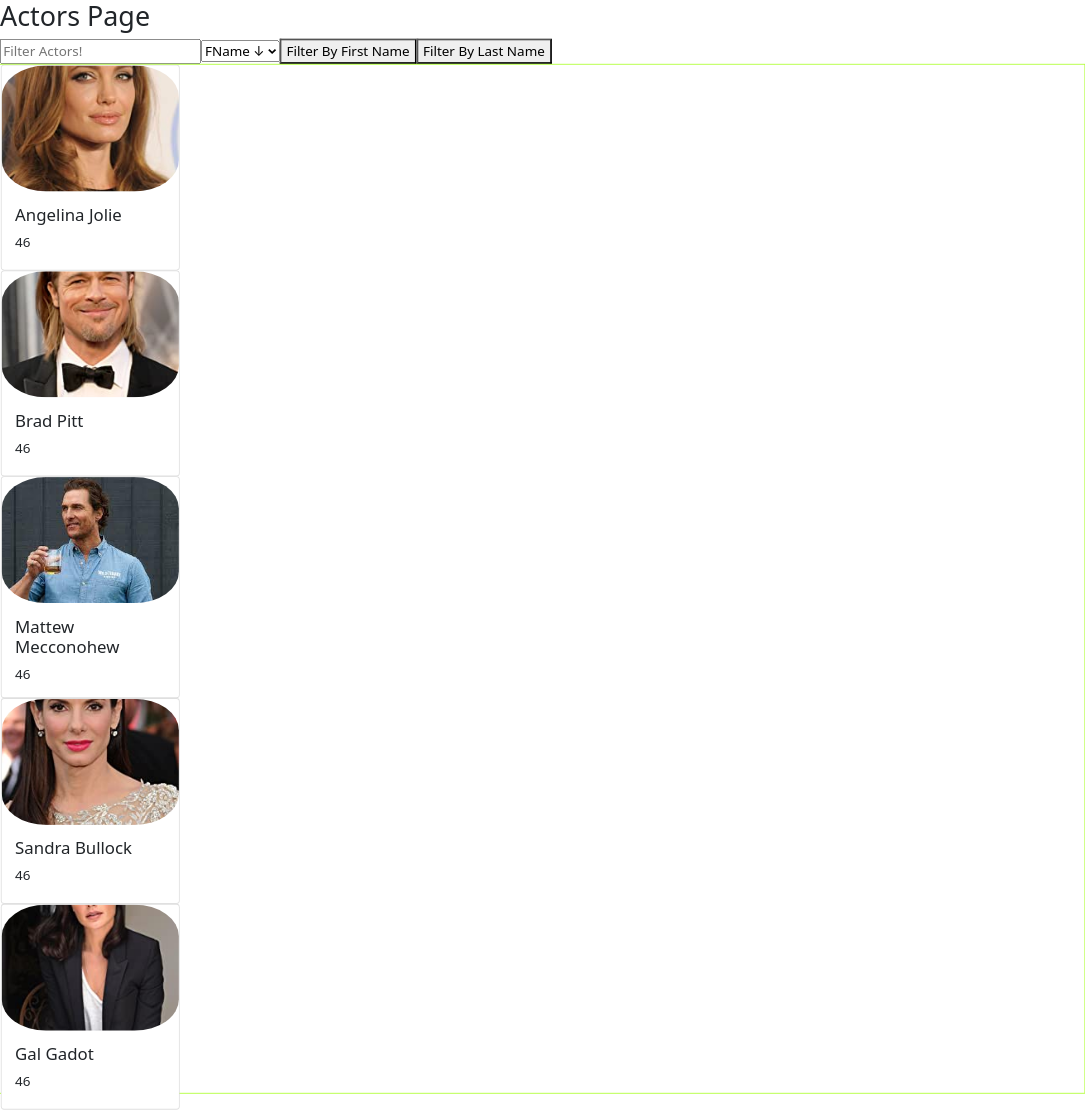
Repository: shuroo/FECourse-react-movieapp
Page: /
The author's editor kept a copy of each file at every save. The page is drawn from the files as they stood at one save, then again after the next save.
The browser window is 1280 px wide. The page is 1292 px wide, so the pictures cover 1292 px, including what lies to the right of the window. The pictures show the whole page, at 84% of full size.
The project was rebuilt for these pictures with package versions that can differ from the ones it lists, and the page was loaded fresh each time. Also part of the build but not shown: src/App.css.

Above is the page before, as saved 2021-07-25 11:15:27.

### src/App.js
import logo from './logo.svg';
import './App.css';
import React, { useState } from 'react';
import 'bootstrap/dist/css/bootstrap.min.css';
import ActorsPage from './pages/ActorsPage';

function App() {
    return <ActorsPage / >
};

export default App;

### src/pages/ActorsPage.jsx
import React, { useState } from 'react';
import ActorModel from '../model/ActorModel';
import CardComponent from "../components/CardComponent";
import SortComponent from "../components/SortComponent";
import ImgGallery from "../components/ImgGallery";
import 'bootstrap/dist/css/bootstrap.min.css';

function ActorsPage() {

    const allActors = [ new ActorModel("Angelina", "Jolie", new Date("04/06/1975"), "./angeline.jpg", "https://www.imdb.com/name/nm0001401/"),
    new ActorModel("Brad", "Pitt", new Date("04/06/1975"), "./brad_pitt.jpg", "https://www.imdb.com/name/nm0000093/"),
    new ActorModel("Mattew", "Mecconohew", new Date("04/06/1975"), "./mattehew_mecc.jpeg","https://www.imdb.com/name/nm0000190/"),
    new ActorModel("Sandra", "Bullock", new Date("04/06/1975"), "./sandra_bullock.jpg", "https://www.imdb.com/name/nm0000113/"),
    new ActorModel("Gal", "Gadot", new Date("04/06/1975"), "./gal_gadot.jpg", "https://www.imdb.com/name/nm0000113/")];

    const [actors, setActors] = useState(
        allActors
        )

     let actorsHtml = actors.map(act=><CardComponent key={act.firstName+"1"} actor={act}/>)

    // firstName, lastName, birthday, image, imdbLink

    const [filterText, setFilterText] = useState("")
    const [sortCriteria, setSortCriteria] = useState("")

    function filterTextByEvent(e){
        let text = e.target.value;
        setFilterText(text);
        if(text === ""){
            setActors(allActors);
        }
    }
    function filterByFirstName(){
        let actorsFiltered = [...actors].filter(a=>a.firstName.startsWith(filterText));
        setActors(actorsFiltered);
    }

    function filterByLastName(){
         setActors(actors.filter(a=>a.lastName.startsWith(filterText)));
    }



    return (
        <div >
            <h2>Actors Page</h2>
            <div className="content">
            <input type="text" value={filterText} onChange={(e)=>filterTextByEvent(e)}   placeholder="Filter Actors!"></input>
            <SortComponent actors={actors} setSortCriteria={setSortCriteria} sortCriteria={sortCriteria} setActors={setActors} />
            <button onClick={filterByFirstName}>Filter By First Name</button>
            <button onClick={filterByLastName}>Filter By Last Name</button>
            <div className="row"><ImgGallery actorsHtml={actorsHtml}/></div>
            </div>

        </div>
    );
}

export default ActorsPage;

### src/model/ActorModel.jsx
class ActorModel{

    constructor(firstName, lastName, birthday, image, imdbLink){

        this.firstName = firstName;
        this.lastName = lastName;
        this.birthday = birthday;
        this.image = image;
        this.imdbLink = imdbLink;
        this.age = this.age.bind(this);
    }

    age(){
        var thisyear = new Date().getFullYear();
        var birthyear = this.birthday.getFullYear();
        return (thisyear - birthyear);
    }
}

export default ActorModel;

### src/components/CardComponent.jsx
import React from "react";
import './CardComponent.css';

function CardComponent({actor}) {

	return (

<div className="card  col col-md-2 col-lg-2 col-sm-2" onClick={(e)=>(window.open(actor.imdbLink, '_blank'))}>
  <img className="actorImg card-img-top" src={actor.image} alt={actor.firstName+" "+actor.lastName}/>
  <div className="card-body">
    <h5 className="card-title">{actor.firstName} {actor.lastName}</h5>
    <p className="card-text">{actor.age()}
  </p></div>
  </div>
	)
}

export default CardComponent;

### src/components/SortComponent.jsx
import React from "react";

function SortComponent({sortCriteria, actors, setActors,setSortCriteria}){

    function sortBy(){

        if(sortCriteria === "firstName"){
            actors.sort((a,b)=>
            {
                if(a.firstName < b.firstName) { return -1; }
                if(a.firstName > b.firstName) { return 1; }
                return 0;
            })
        }else{
            actors.sort (
                (a,b)=>
            {
                if(a.lastName < b.lastName) { return -1; }
                if(a.lastName > b.lastName) { return 1; }
                return 0;
            })
        }

        console.log(actors);
        setActors(actors);
        setSortCriteria(sortCriteria);
    }

    return(

<select name="sortBy" value={sortCriteria} onChange={setSortCriteria}  >

  <option value="firstName">FName &#8595;</option>
  <option value="lastName">LName &#8593;</option>
</select>

)}

export default SortComponent;

### src/components/ImgGallery.jsx
import React from "react";
import './CardComponent.css';

function ImgGallery({actorsHtml}){


return(
<div className="gallery">{actorsHtml}</div>

)

}

export default ImgGallery;

### src/components/CardComponent.css
.actorImg {
    border-radius: 25%;
    object-fit: cover;
    height: 150px;
}

.col {
    display: flex;
    justify-content: space-around;
    align-items: flex-start;
    flex-basis: 20%;
}

.card {
    display: flex;
}

.gallery {
    display: flex;
    flex-direction: column;
    border: 1px solid greenyellow;
    align-items: flex-start;
}

Loaded but not shown: public/index.html (common file); src/index.js (common file); src/index.css (common file); src/reportWebVitals.js (common file)

After the next save:
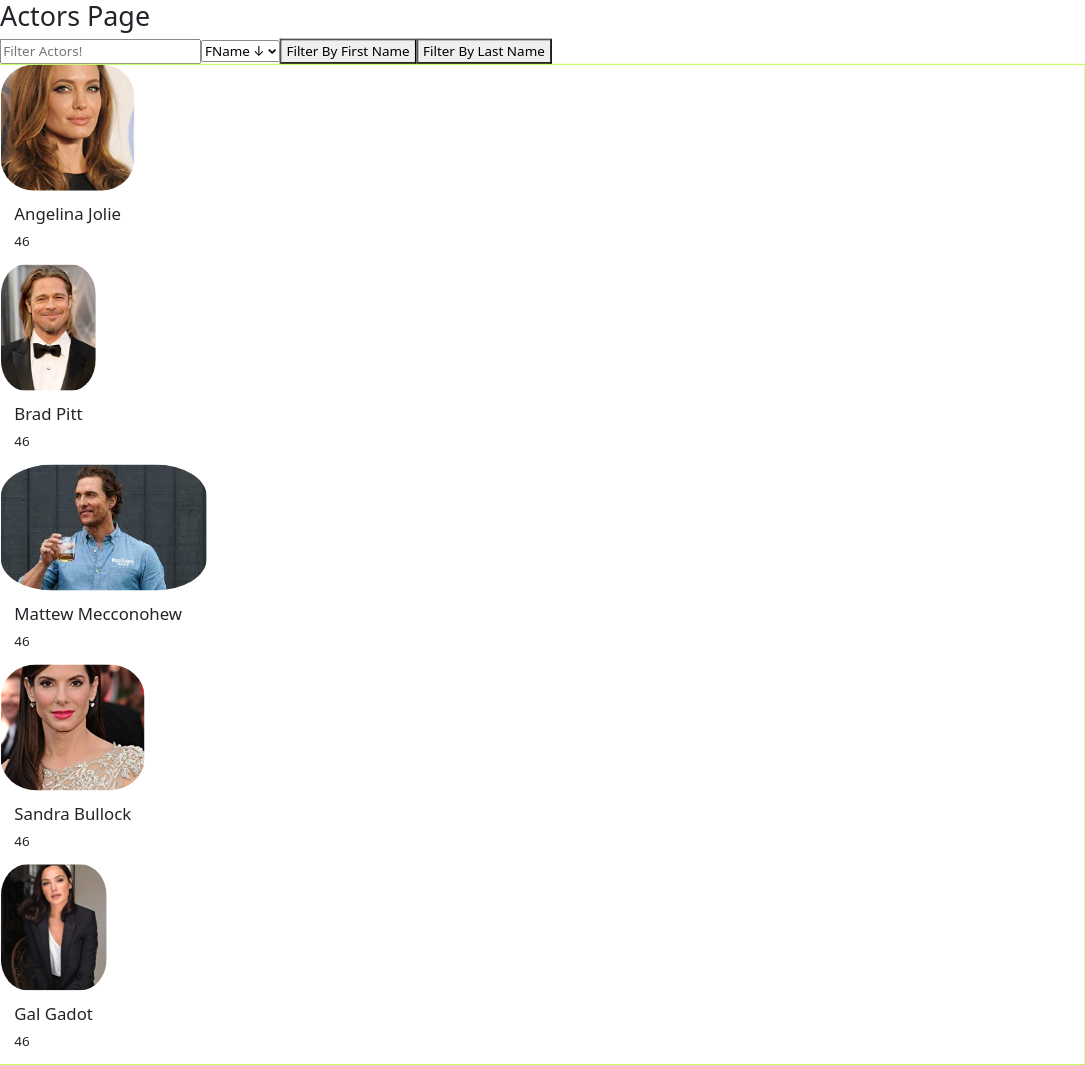
Saved 7 min 5 s later.
--- a/src/components/CardComponent.jsx
+++ b/src/components/CardComponent.jsx
@@ -5,7 +5,7 @@ function CardComponent({actor}) {
 
 	return (
 
-<div className="card  col col-md-2 col-lg-2 col-sm-2" onClick={(e)=>(window.open(actor.imdbLink, '_blank'))}>
+<div onClick={(e)=>(window.open(actor.imdbLink, '_blank'))}>
   <img className="actorImg card-img-top" src={actor.image} alt={actor.firstName+" "+actor.lastName}/>
   <div className="card-body">
     <h5 className="card-title">{actor.firstName} {actor.lastName}</h5>
